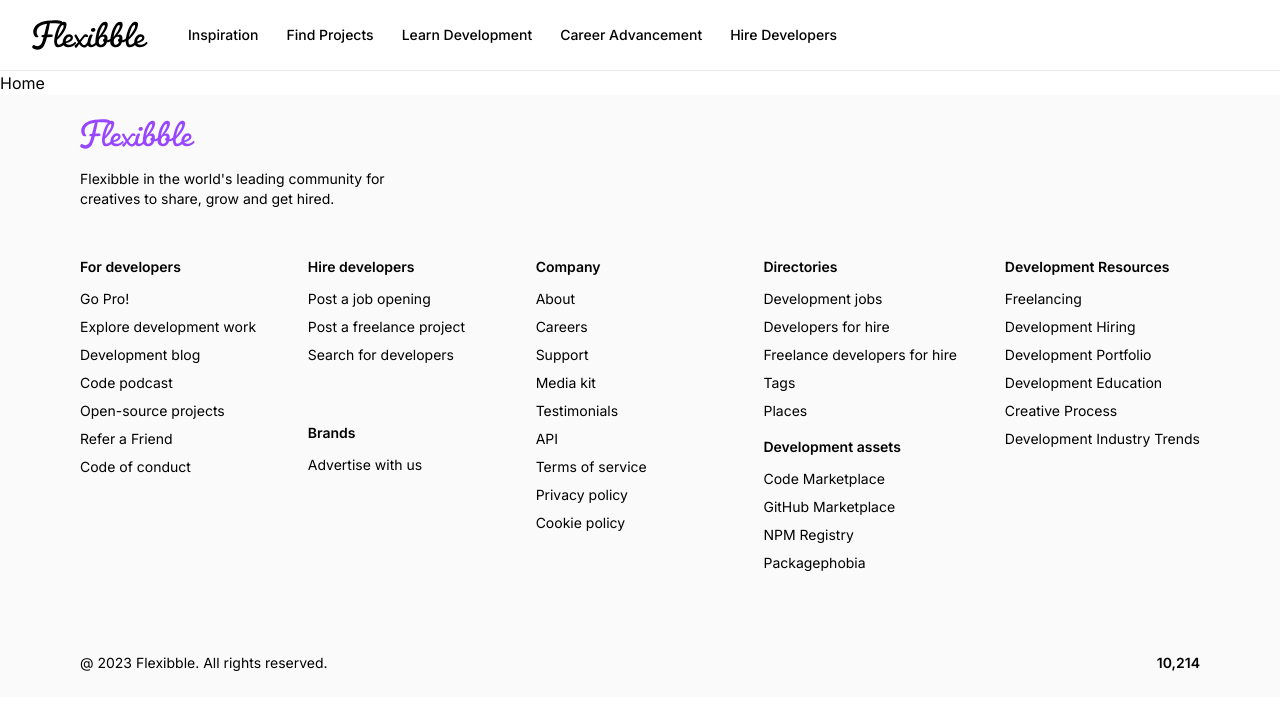
Repository: nazmulislam4/flexibble
Page: /
These files come from the project's save history. The page is drawn as it stood at one moment and after the next save; the edit follows.
The browser window is 1280 px wide. The pictures show the whole page.
The project was rebuilt for these pictures with package versions that can differ from the ones it lists, and the page was loaded fresh each time. The framework's server and built-in components were replaced by stand-ins that run in the browser. Also part of the build but not shown: next.config.mjs, src/components/AuthProvider.tsx.

Above is the page before, as saved 2024-03-12 01:36:46.

### src/app/layout.tsx
import Footer from "@/components/Footer";
import Navbar from "@/components/Navbar";
import "./globals.css";

export const metadata = {
  title: "Flexibble",
  description: "Showcase and discover remarkable developer projects",
};

export default function RootLayout({
  children,
}: {
  children: React.ReactNode;
}) {
  return (
    <html lang="en">
      <body>
        <Navbar />
        <main>{children}</main>
        <Footer />
      </body>
    </html>
  );
}

### src/components/Footer.tsx
import Image from "next/image";
import React from "react";
import FooterColumn from "./FooterColumn";
import { footerLinks } from "@/constants";

const Footer = () => {
  return (
    <footer className="flexStart footer">
      <div className="flex flex-col gap-12 w-full">
        <div className="flex items-start flex-col">
          <Image
            src={"/logo-purple.svg"}
            width={115}
            height={38}
            alt="Flexibble"
          />
          <p className="text-start text-sm font-normal mt-5 max-w-xs">
            Flexibble in the world's leading community for creatives to share,
            grow and get hired.
          </p>
        </div>
        <div className="flex flex-wrap gap-12">
          <FooterColumn
            title={footerLinks[0].title}
            links={footerLinks[0].links}
          />
          <div className="flex-1 flex flex-col gap-4">
            <FooterColumn
              title={footerLinks[1].title}
              links={footerLinks[1].links}
            />
            <FooterColumn
              title={footerLinks[2].title}
              links={footerLinks[2].links}
            />
          </div>
          <FooterColumn
            title={footerLinks[3].title}
            links={footerLinks[3].links}
          />
          <div className="flex-1 flex flex-col gap-4">
            <FooterColumn
              title={footerLinks[4].title}
              links={footerLinks[4].links}
            />
            <FooterColumn
              title={footerLinks[5].title}
              links={footerLinks[5].links}
            />
          </div>
          <FooterColumn
            title={footerLinks[6].title}
            links={footerLinks[6].links}
          />
        </div>
      </div>
      <div className="flexBetween footer_copyright">
        <p>@ 2023 Flexibble. All rights reserved.</p>
        <p className="text-gray">
          <span className="text-black font-semibold">10,214</span>
        </p>
      </div>
    </footer>
  );
};

export default Footer;

### src/components/Navbar.tsx
import { NavLinks } from "@/constants";
import Image from "next/image";
import Link from "next/link";
import React from "react";
import AuthProviders from "./AuthProvider";

const Navbar = () => {
  const session = {};
  return (
    <nav className="flexBetween navbar">
      <div className="flex-1 flexStart gap-10">
        <Link href="/">
          <Image src="/logo.svg" width={116} height={43} alt="logo" />
        </Link>
        <ul className="xl:flex hidden text-small gap-7">
          {NavLinks.map((link) => (
            <Link href={link.href} key={link.text}>
              {link.text}
            </Link>
          ))}
        </ul>
      </div>

      <div className="flexCenter gap-4">
        {session ? <></> : <AuthProviders />}
      </div>
    </nav>
  );
};

export default Navbar;

### src/components/FooterColumn.tsx
import Link from "next/link";
import React from "react";

type ColumnProps = {
  title: string;
  links: Array<string>;
};

const FooterColumn = ({ title, links }: ColumnProps) => {
  return (
    <div className="footer_column">
      <h4 className="font-semibold">{title}</h4>
      <ul className="flex flex-col gap-2 font-normal">
        {links.map((link) => (
          <Link href={"/"}>{link}</Link>
        ))}
      </ul>
    </div>
  );
};

export default FooterColumn;

### tailwind.config.ts
import type { Config } from "tailwindcss";

const config: Config = {
  content: [
    "./src/pages/**/*.{js,ts,jsx,tsx,mdx}",
    "./src/components/**/*.{js,ts,jsx,tsx,mdx}",
    "./src/app/**/*.{js,ts,jsx,tsx,mdx}",
  ],
  theme: {
    extend: {
      colors: {
        "nav-border": "#EBEAEA",
        "light-white": "#FAFAFB",
        "light-white-100": "#F1F4F5",
        "light-white-200": "#d7d7d7",
        "light-white-300": "#F3F3F4",
        "light-white-400": "#E2E5F1",
        "light-white-500": "#E4E4E4",
        gray: "#4D4A4A",
        "gray-100": "#3d3d4e",
        "black-100": "#252525",
        "primary-purple": "#9747FF",
        "gray-50": "#D9D9D9",
      },
      boxShadow: {
        menu: "0px 159px 95px rgba(13,12,34,0.01), 0px 71px 71px rgba(13,12,34,0.02), 0px 18px 39px rgba(13,12,34,0.02), 0px 0px 0px rgba(13,12,34,0.02)",
      },
      screens: {
        xs: "400px",
      },
      maxWidth: {
        "10xl": "1680px",
      },
    },
  },
  plugins: [],
};
export default config;

Loaded but not shown: src/app/page.tsx (common file); src/app/globals.css (common file); src/constants/index.ts (common file)

After the next save:
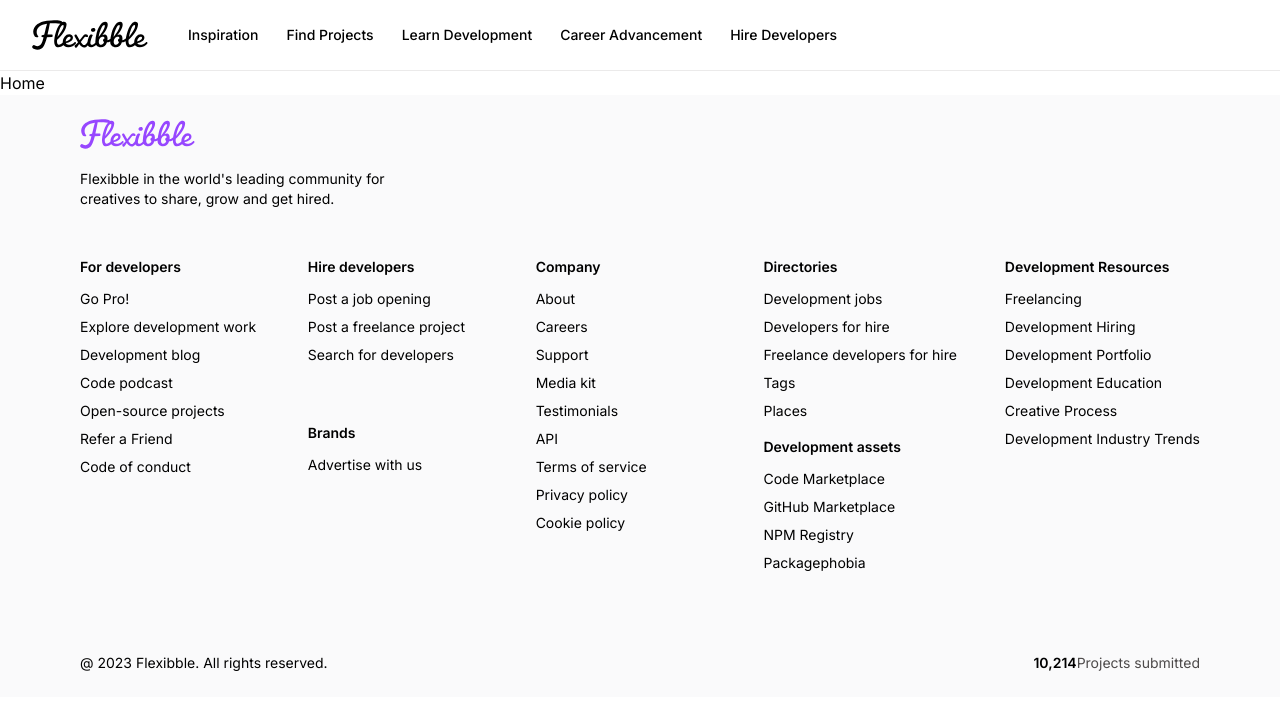
Saved 10 s later.
--- a/src/components/Footer.tsx
+++ b/src/components/Footer.tsx
@@ -58,6 +58,7 @@
         <p>@ 2023 Flexibble. All rights reserved.</p>
         <p className="text-gray">
           <span className="text-black font-semibold">10,214</span>
+          Projects submitted
         </p>
       </div>
     </footer>
